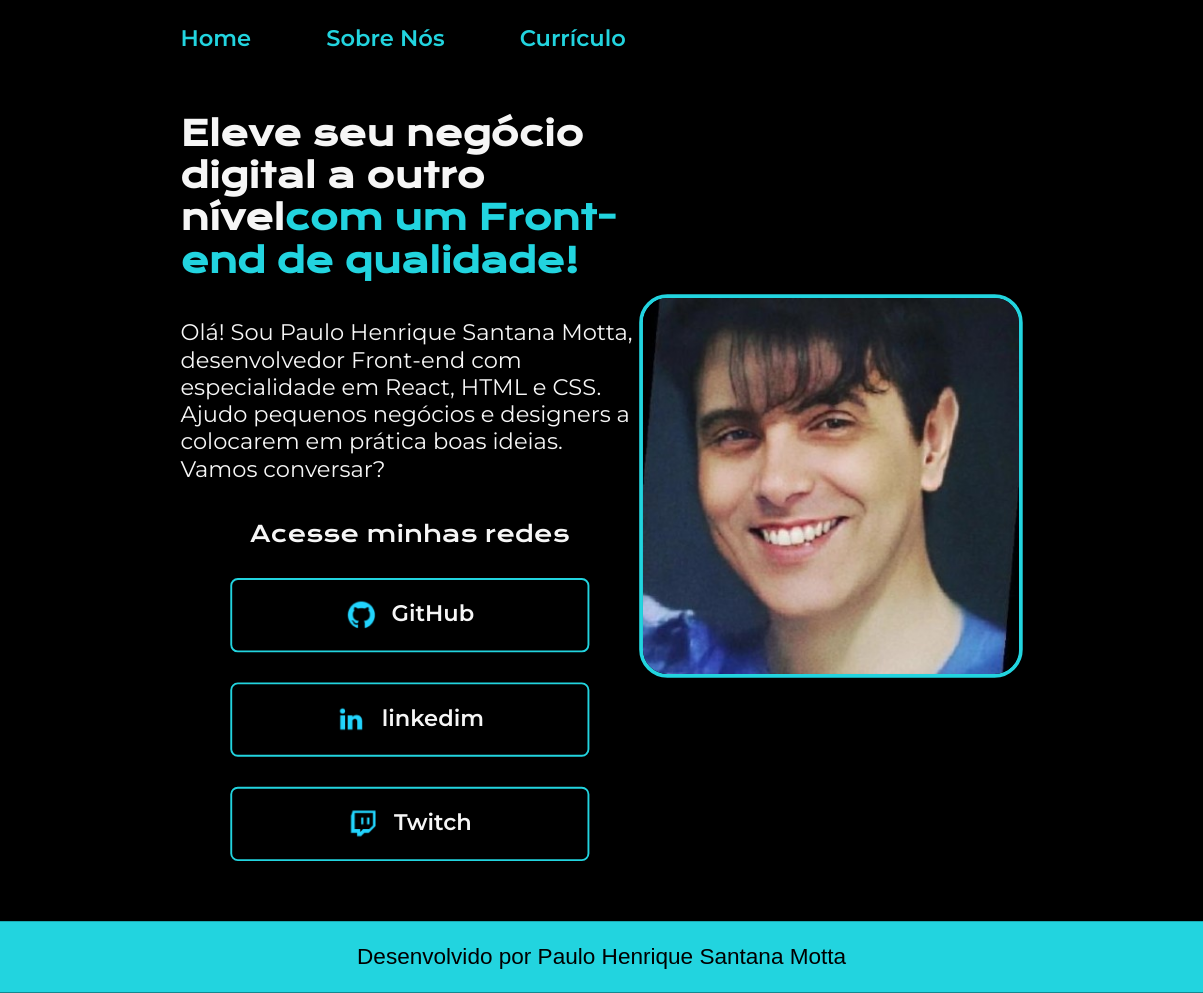
Repository: phsmottanerd/projeto-portfolio-alura
Page: index.html
The author's editor kept a copy of each file at every save. The page is drawn from the files as they stood at one save, then again after the next save.
The browser window is 1280 px wide. The pictures show the whole page, at 94% of full size.

Above is the page before, as saved 2025-01-28 01:34:37.

After the next save:
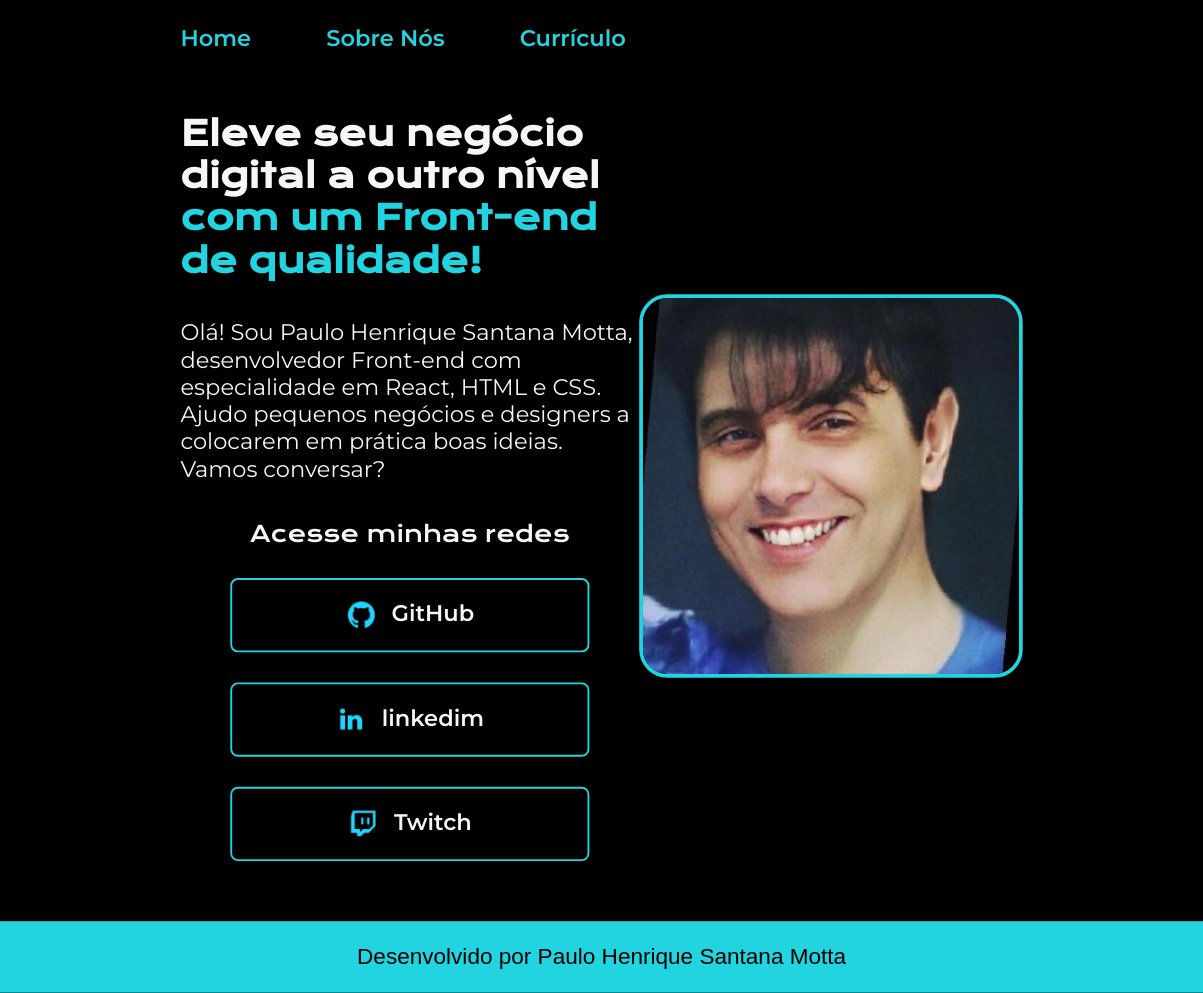
Saved 39 s later.
--- a/index.html
+++ b/index.html
@@ -19,7 +19,8 @@
     <main class="apresentacao">
       <section class="apresentacao__conteudo">
         <h1 class="apresentacao__conteudo__titulo">
-          Eleve seu negócio digital a outro  nível<strong class="titulo-destaque"
+          Eleve seu negócio digital a outro  nível
+          <strong class="titulo-destaque"
             >com um Front-end de qualidade!
           </strong>
         </h1>
